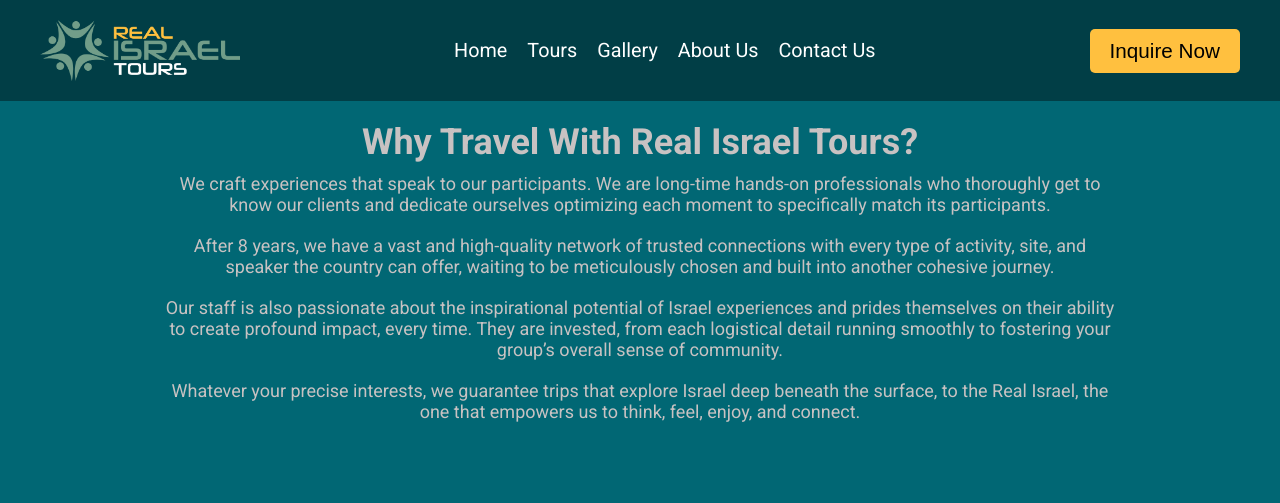
Repository: Pafestivo/realIsraelTours
Page: / (app in frontend/)
The author's editor kept a copy of each file at every save. The page is drawn from the files as they stood at one save, then again after a run of saves.
The browser window is 1280 px wide. The pictures show the whole page.
The project was rebuilt for these pictures with package versions that can differ from the ones it lists, and the page was loaded fresh each time. The framework's server and built-in components were replaced by stand-ins that run in the browser. Also part of the build but not shown: frontend/next.config.js.

Above is the page before, as saved 2023-09-19 20:01:14.

After the next 3 saves:
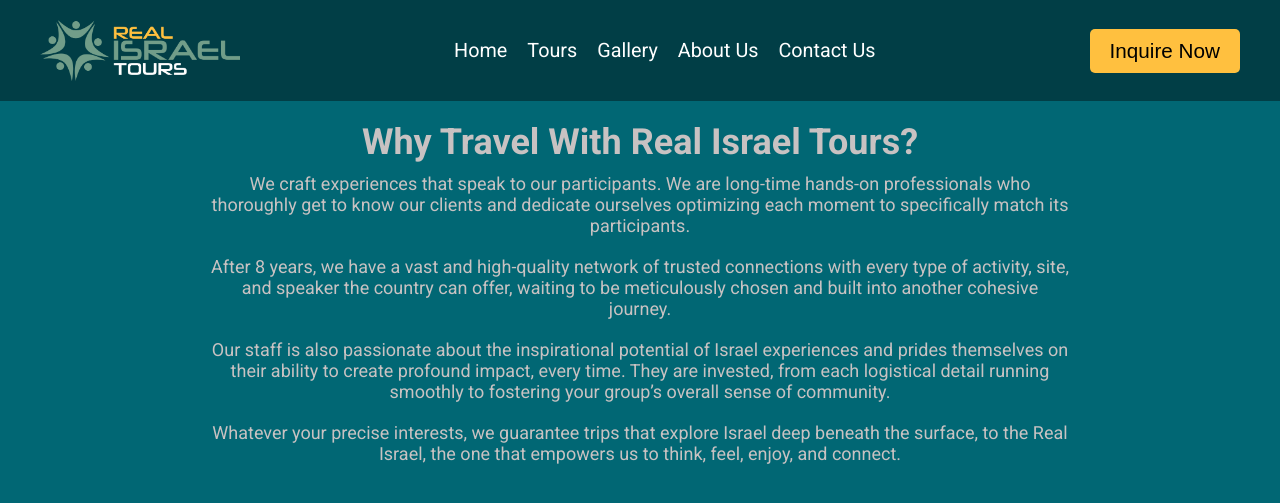
The 3 saves are shown as one change because they came seconds apart.
The last was saved 8 s later.
--- a/frontend/src/styles/homePage.css
+++ b/frontend/src/styles/homePage.css
@@ -4,7 +4,7 @@
   justify-content: center;
   margin: 0 auto;
   padding: 20px 120px;
-  max-width: 1200px;
+  max-width: 1100px;
   text-align: center;
   color: var(--main-text-color);
 }
